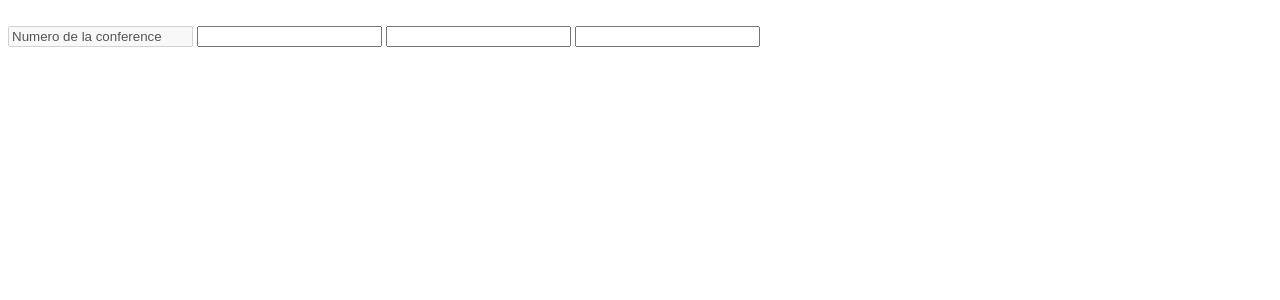
Repository: Chebani/Devoir-n2
Page: http://localhost/database/application/views/newConference.php
These files come from the project's save history. The page is drawn as it stood at one moment and after the next save; the edit follows.
The browser window is 1280 px wide. The pictures show the whole page.
The page is run by PHP 8.4 with error messages shown; the project is at /var/www/html/.

Above is the page before, as saved 2018-10-11 17:01:27.

### application/views/newConference.php
<?php ?>
  <br>
  <input type="text" value='Numero de la conference' disabled>
  <input type="text" value="<?php $numeroConf ?>">
  <input type="text">
  <input type="text">

After the next save:
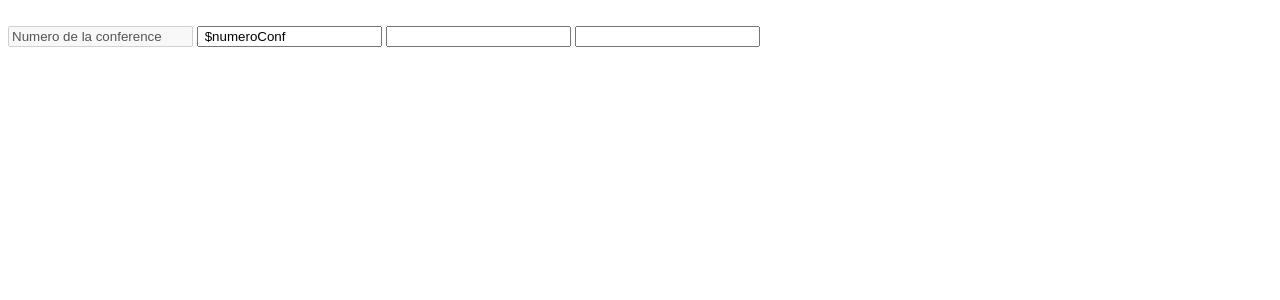
Saved 24 s later.
--- a/application/views/newConference.php
+++ b/application/views/newConference.php
@@ -1,6 +1,6 @@
 <?php ?>
   <br>
   <input type="text" value='Numero de la conference' disabled>
-  <input type="text" value="<?php $numeroConf ?>">
+  <input type="text" value=" $numeroConf">
   <input type="text">
   <input type="text">
